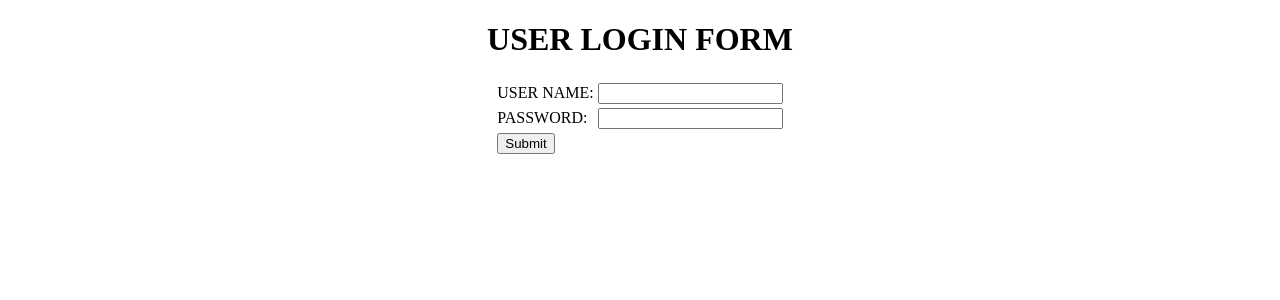
Repository: Karan0918/My-web-Project-
Page: http://localhost/LoginPage/login.jsp
The author's editor kept a copy of each file at every save. The page is drawn from the files as they stood at one save, then again after the next save.
The browser window is 1280 px wide. The pictures show the whole page.
The page is served by Tomcat 9.

Above is the page before, as saved 2021-02-04 00:28:08.

After the next save:
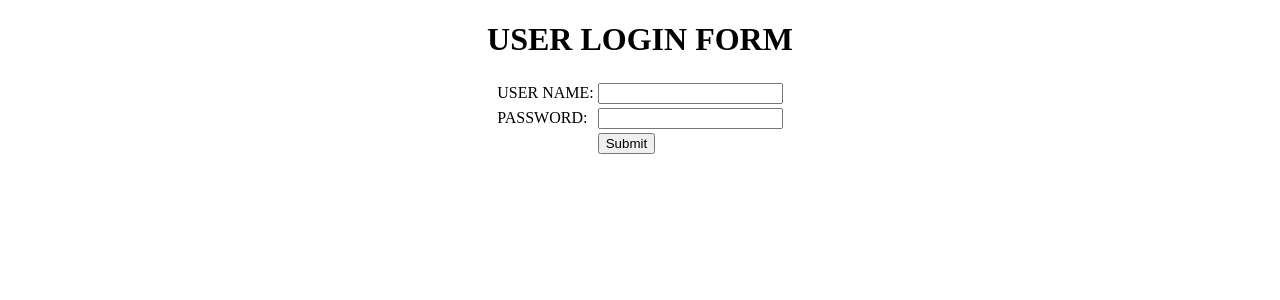
Saved 6 min 47 s later.
--- a/LoginPage/WebContent/login.jsp
+++ b/LoginPage/WebContent/login.jsp
@@ -13,7 +13,7 @@
 <table>
 <tr><td>USER NAME:</td><td> <input type="text" name="username"></td>
 <tr><td>PASSWORD:</td><td> <input type="password" name="username"></td>
-<tr><td> <input type="submit" name="login"></td>
+<tr><td></td><td> <input type="submit" name="login"></td>
 
 
 
